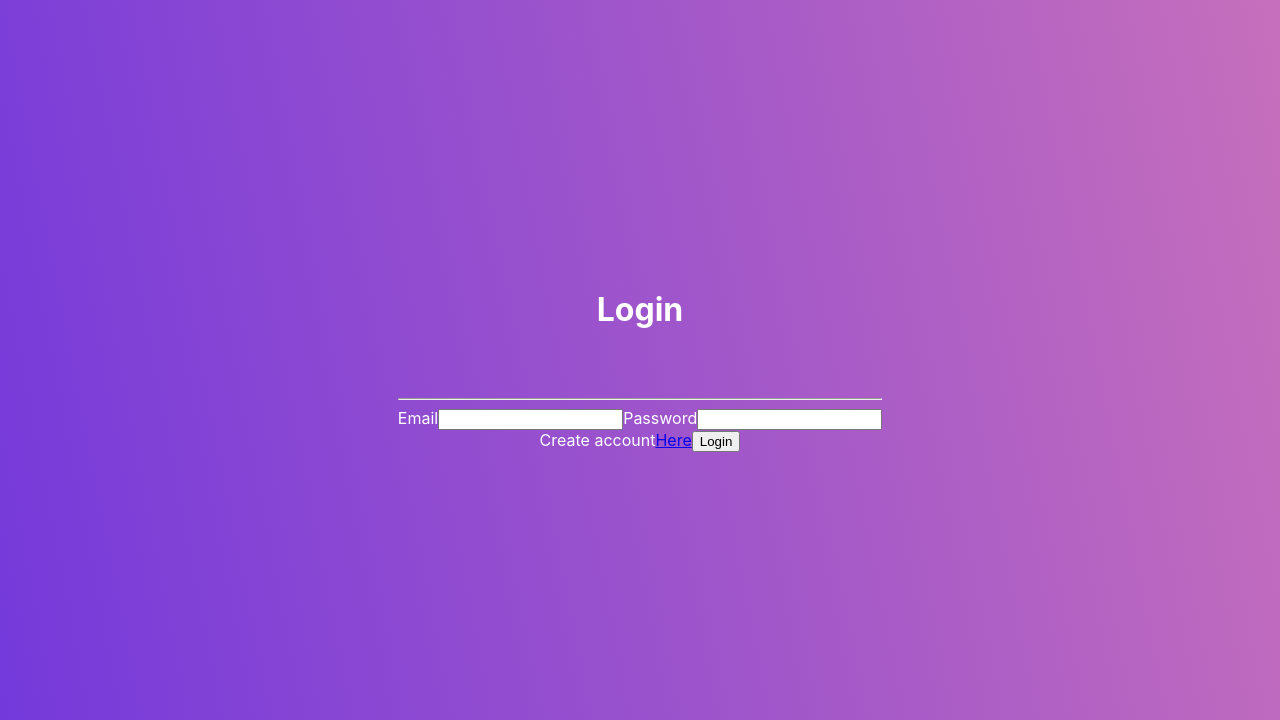
Repository: TendaniSadiki/revelation-e-commerce
Page: /login
The author's editor kept a copy of each file at every save. The page is drawn from the files as they stood at one save, then again after a run of saves.
The browser window is 1280 px wide. The pictures show the whole page.
The project was rebuilt for these pictures with package versions that can differ from the ones it lists, and the page was loaded fresh each time. Also part of the build but not shown: src/Components/Navbar.css, src/Components/Navbar.js, src/Components/CardStyle.css, src/Components/IndividualProduct.js, src/Components/Products.js, src/Components/IndividualCartProduct.js, src/Components/CartProduct.js, src/Components/Home.js and 9 more. Imported but missing from the stored project, and not drawn on this page: src/Components/Pages/Sale/Sale.

Above is the page before, as saved 2022-11-10 15:28:33.

### src/App.js
import logo from './logo.svg';
import './App.css';
import { Home } from './Components/Home';
import {BrowserRouter,Routes,Route} from 'react-router-dom'
import { Login } from './Components/Login';
import { Signup } from './Components/Signup';
import { NotFound } from './Components/NotFound';

import { Cart } from './Components/Cart';
import { AddProduct } from './Components/AddProduct';
import ProductView from './Components/ProductView';
import Sale from './Components/Pages/Sale/Sale';
import Summer from './Components/Pages/Summer/Summer';
import Winter from './Components/Pages/Sale/Sale';
import Accessories from './Components/Pages/Accessories/Accessories';



function App() {
  return (
    <div className="App">
      <BrowserRouter>

      <Routes>
        <Route path="/" element={<Home/>}/>
        <Route path="/login" element={<Login/>}/>
        <Route path ="/signup" element={<Signup/>}/>
        <Route path ="/cart" element={<Cart/>}/>
        <Route path = '/add-product' element={<AddProduct/>}/>
        <Route path = '/product-view' element={<ProductView/>}/>
        <Route path ='/sale' element={<Sale/>}/>
        <Route path = '/summer' element={<Summer/>}/>
        <Route path = '/winter' element={<Winter/>}/>
        <Route path = '/accessories' element={<Accessories/>} />



      </Routes>
      </BrowserRouter>


    </div>
  );
}

export default App;

### src/App.css
.App {
  text-align: center;
  display: flex;
  min-height: 100vh;
  align-items: center;
  justify-content: center;
  color: white;
  background-image: linear-gradient(79deg, #7439db, #C66FBC);
}

### src/Components/Login.js
import React,{useState} from 'react'
import fire from '../Config/Config';
import {Link, useNavigate} from 'react-router-dom'
import './Login.css'
export const Login = () => {
    const navigate = useNavigate();
    const [email ,setEmail] = useState("");
    const [password, setPassword]= useState("");
    const [errorMsg ,setErrorMsg] = useState("");
    const [succcessMsg, setSuccessMsg]= useState("");


    const handleLogin=(e)=>{
        e.preventDefault()
        fire.auth().signInWithEmailAndPassword(email,password).then((credentials)=>{
            console.log(credentials)
                setSuccessMsg("Login Successfull. You will be redirected to Home")

                setEmail("");
                setPassword("");
                setErrorMsg("");
              setTimeout(()=>{
                setSuccessMsg("");
                navigate("/")
              },3000)

            })


    }

  return (
    <div className="main-Login">
       <h1>Login</h1>
       <div className="login-contain"></div>
    <br></br>
    <br></br>

    <hr></hr>
    {succcessMsg&& <>
    <div className='success-msg'>{succcessMsg}</div>
    <br></br>
    </>}


    <form  autoComplete='off' onSubmit={handleLogin}>

        <lable>Email</lable>
        <input type='email'  required onChange={(e)=>setEmail(e.target.value)} value={email}/>
        <lable>Password</lable>
        <input type='password'  required onChange={(e)=>setPassword(e.target.value)} value={password}/>
        <br></br>
       <div >
        <span>Create account
            <Link to="/signup" >Here</Link></span>
            <button type='submit' >Login</button>
       </div>
    </form>

    <div className="right-side"></div>

    {errorMsg&& <>
        <div className='error-msg'>{errorMsg}</div>
        <br></br>
    </>}
    </div>
  )
}

### src/Config/Config.js
import firebase from 'firebase/compat/app';
import 'firebase/compat/auth';
import 'firebase/compat/firestore';
import 'firebase/compat/storage'
const config = {
    // apiKey: "AIzaSyB8CB9NLa1vbsREct9x7r2QWNzl0fXx3YA",
    // authDomain: "apparelbase-76671.firebaseapp.com",
    // projectId: "apparelbase-76671",
    // storageBucket: "apparelbase-76671.appspot.com",
    // messagingSenderId: "101281494605",
    // appId: "1:101281494605:web:acb62d132a8456585d8e04",
    // measurementId: "G-S25VVVM4TB"
    apiKey: "AIzaSyDG8_Lz9ggCm-gA1UM6TftJoSnTX7m-NWw",
    authDomain: "revelationapp-390bd.firebaseapp.com",
    databaseURL: "https://revelationapp-390bd-default-rtdb.firebaseio.com",
    projectId: "revelationapp-390bd",
    storageBucket: "revelationapp-390bd.appspot.com",
    messagingSenderId: "465444417647",
    appId: "1:465444417647:web:d4d93f9638925eab26dd9a"
};


const fire = firebase.initializeApp(config);
export const storage  = fire.storage();
export const db = fire.firestore();
export const auth = fire.auth()

export default fire;

Loaded but not shown: public/index.html (common file); src/index.js (common file); src/index.css (common file); src/reportWebVitals.js (common file)

After the next 7 saves:
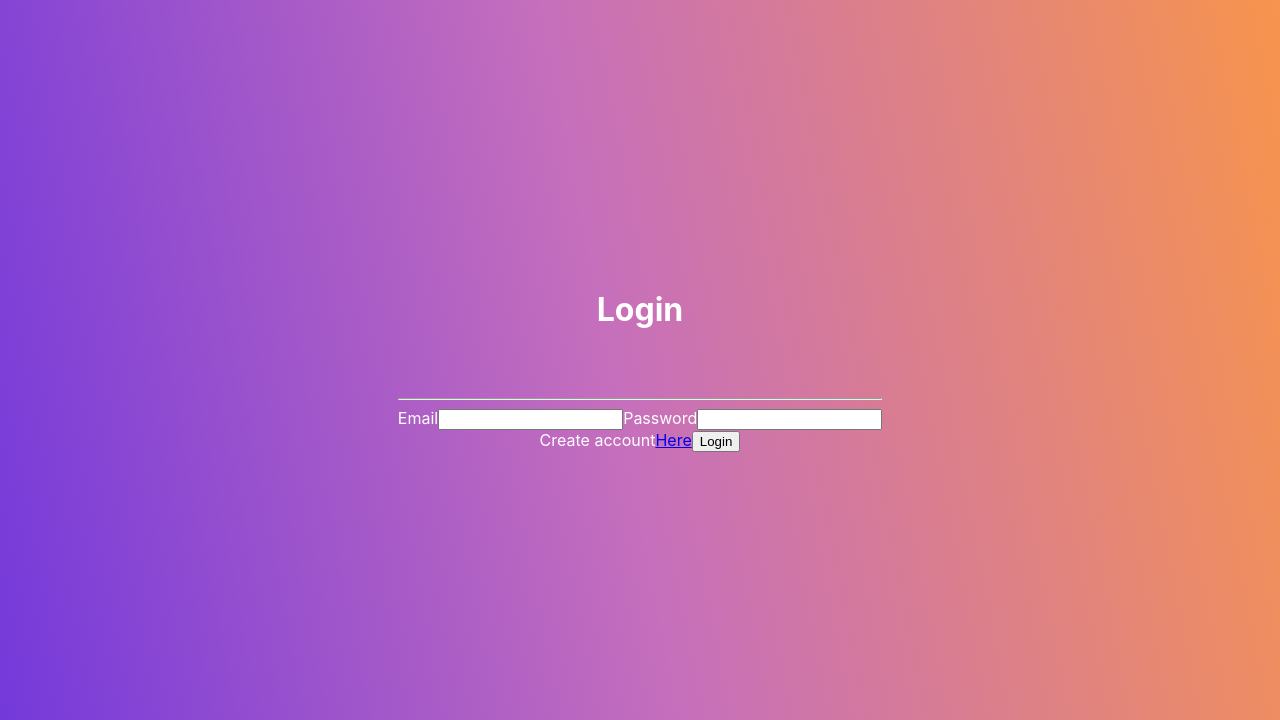
The 7 saves are shown as one change because they came seconds apart.
The last was saved 19 s later.
--- a/src/App.css
+++ b/src/App.css
@@ -5,5 +5,5 @@
   align-items: center;
   justify-content: center;
   color: white;
-  background-image: linear-gradient(79deg, #7439db, #C66FBC);
+  background-image: linear-gradient(79deg, #7439db, #C66FBC 48%, #F7944D);
 }
